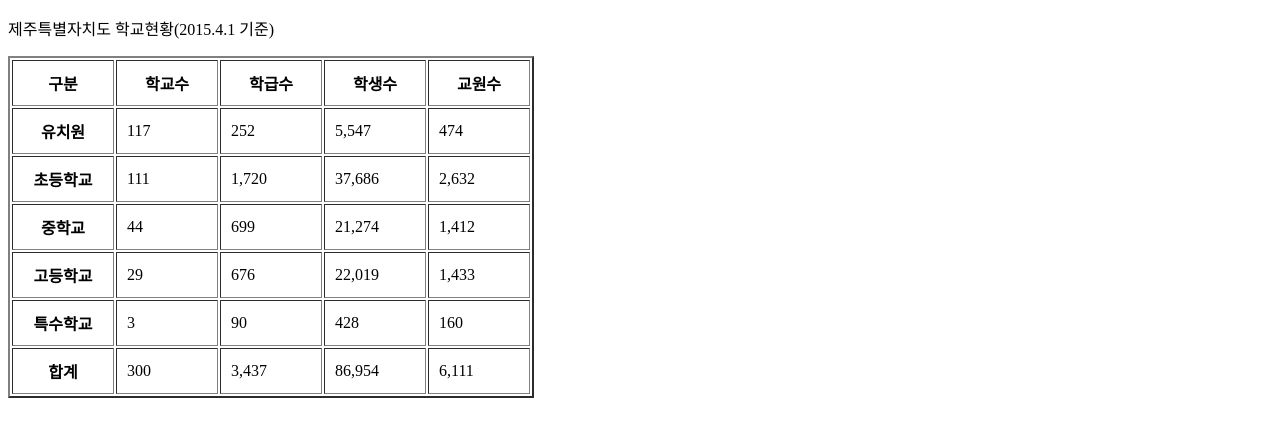
Repository: seulhwangbo/SeulJSP
Page: jspSrc17/webStandard01/src/main/webapp/02/table06.html
These files come from the project's save history. The page is drawn as it stood at one moment and after the next save; the edit follows.
The browser window is 1280 px wide. The pictures show the whole page.

Above is the page before, as saved 2024-06-13 06:47:24.

### jspSrc17/webStandard01/src/main/webapp/02/table06.html
<!DOCTYPE html>
<html>
<head>
<meta charset="UTF-8">
<style type="text/css">
td,th {
	padding: 10px;
	width : 80px;
}

td {
	text-decoration: strong;
	padding: 10px;
}
</style>
<title>Insert title here</title>
</head>
<body>
	<caption>
		<p>제주특별자치도 학교현황(2015.4.1 기준)</p>
	</caption>
	<table border="2">
		<thead>
		<tr>
			<th>구분</th>
			<th>학교수</th>
			<th>학급수</th>
			<th>학생수</th>
			<th>교원수</th>
		</tr>
		</thead>
		<tr>
			<th>유치원</th>
			<td>117</td>
			<td>252</td>
			<td>5,547</td>
			<td>474</td>
		</tr>
		<tr>
			<th>초등학교</th>
			<td>111</td>
			<td>1,720</td>
			<td>37,686</td>
			<td>2,632</td>
		</tr>
		<tr>
			<th>중학교</th>
			<td>44</td>
			<td>699</td>
			<td>21,274</td>
			<td>1,412</td>
		</tr>
		<tr>
			<th>고등학교</th>
			<td>29</td>
			<td>676</td>
			<td>22,019</td>
			<td>1,433</td>
		</tr>
		<tr>
			<th>특수학교</th>
			<td>3</td>
			<td>90</td>
			<td>428</td>
			<td>160</td>
		</tr>
		<tr>
			<th>합계</th>
			<td>300</td>
			<td>3,437</td>
			<td>86,954</td>
			<td>6,111</td>
		</tr>
	</table>
</body>
</html>

After the next save:
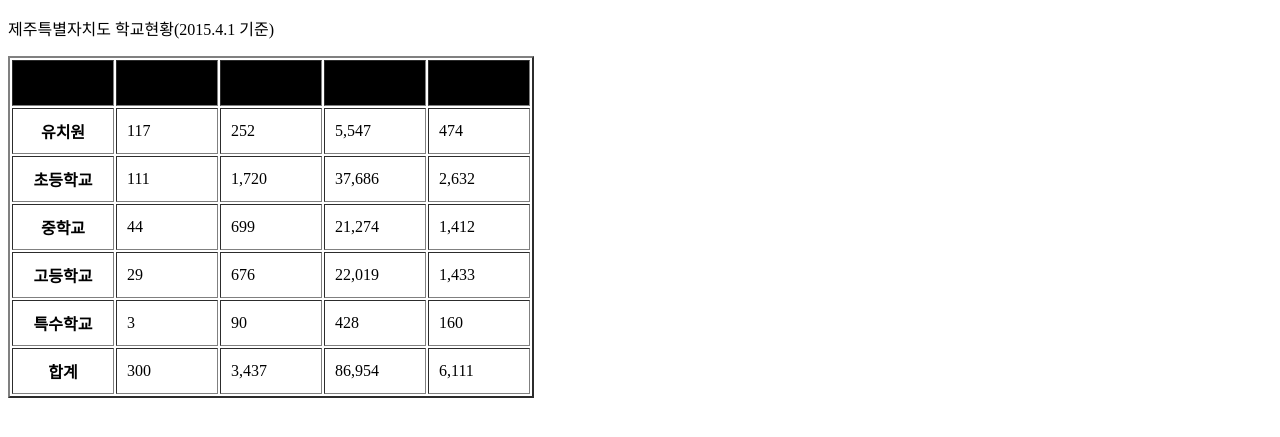
Saved 43 s later.
--- a/jspSrc17/webStandard01/src/main/webapp/02/table06.html
+++ b/jspSrc17/webStandard01/src/main/webapp/02/table06.html
@@ -3,14 +3,18 @@
 <head>
 <meta charset="UTF-8">
 <style type="text/css">
-td,th {
+td, th {
 	padding: 10px;
-	width : 80px;
+	width: 80px;
 }
 
 td {
 	text-decoration: strong;
 	padding: 10px;
+}
+
+thead {
+	background-color: black;
 }
 </style>
 <title>Insert title here</title>
@@ -21,13 +25,13 @@ td {
 	</caption>
 	<table border="2">
 		<thead>
-		<tr>
-			<th>구분</th>
-			<th>학교수</th>
-			<th>학급수</th>
-			<th>학생수</th>
-			<th>교원수</th>
-		</tr>
+			<tr>
+				<th>구분</th>
+				<th>학교수</th>
+				<th>학급수</th>
+				<th>학생수</th>
+				<th>교원수</th>
+			</tr>
 		</thead>
 		<tr>
 			<th>유치원</th>
